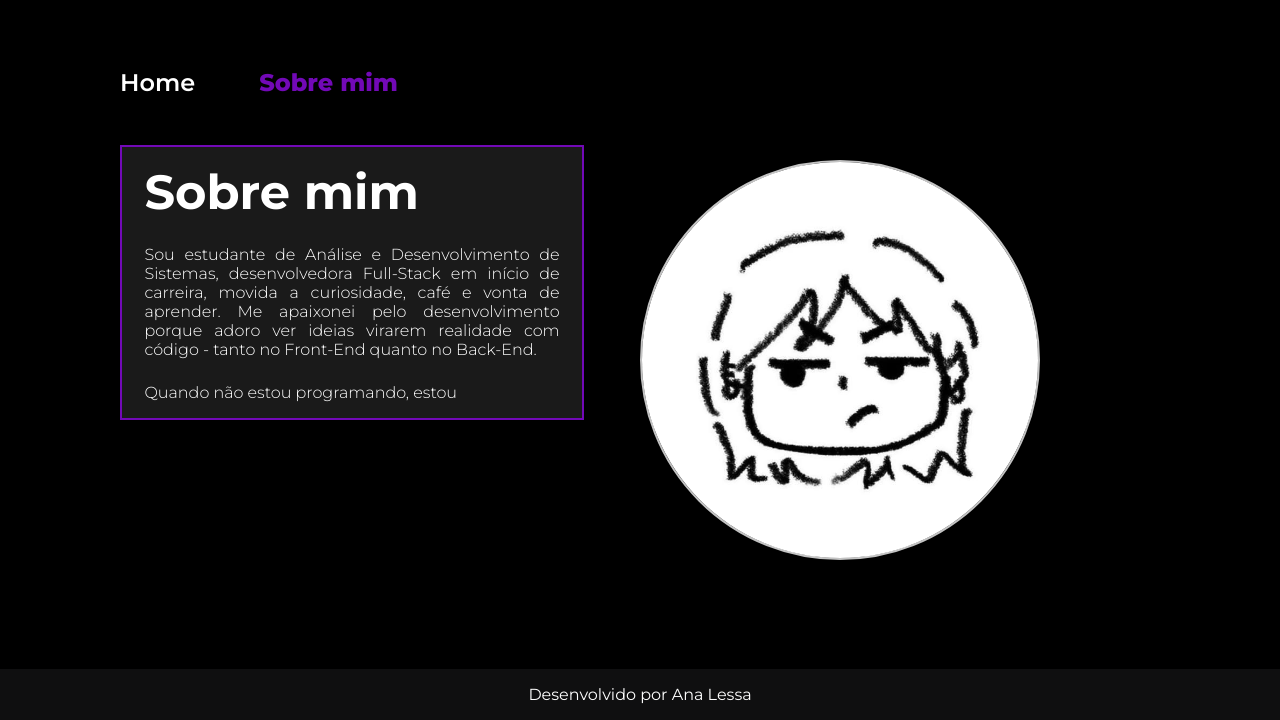
Repository: analessp/portfolio-developer
Page: about-me.html
These files come from the project's save history. The page is drawn as it stood at one moment and after the next save; the edit follows.
The browser window is 1280 px wide. The pictures show the whole page.

Above is the page before, as saved 2025-04-25 09:41:24.

### about-me.html
<!DOCTYPE html>
<html lang="pt-BR">
<head>
    <meta charset="UTF-8">
    <meta name="viewport" content="width=device-width, initial-scale=1.0">
    <title>Sobre mim</title>
    <link rel="stylesheet" href="/style/style.css"
</head>
<body>
    <header>
        <nav>
            <ul class="navbar-list">
                <li>
                    <a href="index.html" class="page">Home</a>
                </li>
                <li>
                    <a href="about-me.html" class="page active">Sobre mim</a>
                </li>
            </ul>
        </nav>
    </header>
    <main>
        <div class="about-me">
            <h1>Sobre mim</h1>
            <p>Sou estudante de Análise e Desenvolvimento de Sistemas, desenvolvedora Full-Stack em início de carreira, movida a curiosidade, café e vonta de aprender. Me apaixonei pelo desenvolvimento porque adoro ver ideias virarem realidade com código - tanto no Front-End quanto no Back-End.</p>
            <p>Quando não estou programando, estou </p>
        </div>
        <img src="/assets/avatar.jfif" alt="Avatar de Ana Lessa" class="logo">
    </main>
    <footer>Desenvolvido por Ana Lessa</footer>
</body>
</html>

### style/style.css
@import url('https://fonts.googleapis.com/css2?family=Montserrat:ital,wght@0,100..900;1,100..900&display=swap');
@import url(/style/about-me.css);

* {
    margin: 0;
    padding: 0;
    box-sizing: border-box;
    font-family: "Montserrat", sans-serif;
}

html, body {
    height: 100%;
    margin: 0;
}

body {
    height: 100vh;
    width: 100%;
    background-color: black;
    color: white;
    display: flex;
    flex-direction: column;
    justify-content: space-between;
}

.navbar-list {
    padding-left: 120px;
    padding-top: 68px;
    display: flex;
    gap: 4rem;
    list-style-type: none;
    color: #7209b7;
    font-weight: 700;
    font-size: 1.5rem;
    margin-bottom: 3rem;
}

.page {
    text-decoration: none;
    color: white;
    font-weight: 600;
}

.active {
    font-weight: 800;
    color: #7209b7;
}

main {
    padding-left: 120px;
    display: flex;
    gap: 10rem;
    align-items: center;
}

.introduce {
    display: flex;
    flex-direction: column;
    gap: 1.5rem;
    width: 40%;
}

.introduce p {
    text-align: justify;
}

.title {
    text-align: center;
}

.title h1 {
    font-size: 3rem;
}

.title h2 {
    font-size: 1.5rem;
    color: #7209b7;
}

.social-links {
    list-style-type: none;
    display: flex;
    flex-direction: column;
    gap: 1.5rem;
    align-items: center;
}

.social-links li {
    border: 2px solid #c3c3c3;
    background-color: rgba(128, 128, 128, 0.454);
    padding: 1rem 0 1rem 0;
    width: 70%;
    text-align: center;
    border-radius: 12px;

&:hover {
    border: 2px solid rgba(97, 97, 97, 0.454);
    background-color: #7209b7;
    transition-duration: 400ms;
    transform: scale(1.1);
  }
}

.social-links a {
    text-decoration: none;
    color: white;
    font-weight: bold;
}

.logo {
    width: 25rem;
    border-radius: 50%;
    border: 2px solid #c3c3c3;
    height: fit-content;
    position: fixed;
    right: 15rem;
    top: 10rem;
}

footer {
    margin-top: auto;
    padding: 1rem 0 1rem 0;
    background-color: rgb(15, 15, 16);
    display: flex;
    flex-direction: column;
    align-items: center;
    gap: 1rem;
    flex-shrink: 0;
}

footer ul {
    display: flex;
    gap: 2rem;
    list-style: none;
    margin-bottom: 1rem;
}

footer a {
    text-decoration: none;
    color: white;
    font-weight: 600;
}

@media only screen and (max-width: 768px) {

    body {
        justify-content: center;
    }

    .navbar-list {
        justify-content: center;
        padding-left: 0;
        padding-top: 40px;
        margin-bottom: 0;
    }

    main {
        height: 100vh;
        margin-top: 0;
        flex-direction: column-reverse;
        padding-left: 0;
        gap: 1rem;
    }

    .introduce {
        justify-content: flex-end;
        width: 80%;
        margin-bottom: 8rem;
    }

    .logo {
        top: 6.5rem;
        width: 18rem;
    }

}

@media only screen and (max-width: 426px) {
    .logo {
        right: 16%;
    }

    .introduce {
        margin-bottom: 3rem;
    }

    .title h1 {
        font-size: 2.5rem;
        margin-bottom: 0.5rem;
    }
}

### style/about-me.css
.about-me {
    background-color: rgba(255, 255, 255, 0.1);
    display: flex;
    flex-direction: column;
    gap: 1.5rem;
    width: 40%;
    text-align: justify;
    padding: 1rem 1.4rem;
    border: 2px solid #7209b7;
}

.about-me h1 {
    font-size: 3rem;
}

.about-me p {
    font-weight: 300;
}

@media only screen and (max-width: 768px) {
    .about-me {
        width: 70%;
        height: 400px;
        overflow: auto;
        margin-bottom: 8rem;
    }

    .about-me h1 {
        text-align: center;
    }

    .about-me p {
        font-size: 1.2rem;
    }

}

@media only screen and (max-width: 426px) {
    .about-me h1 {
        font-size: 2.5rem;
    }
}

After the next save:
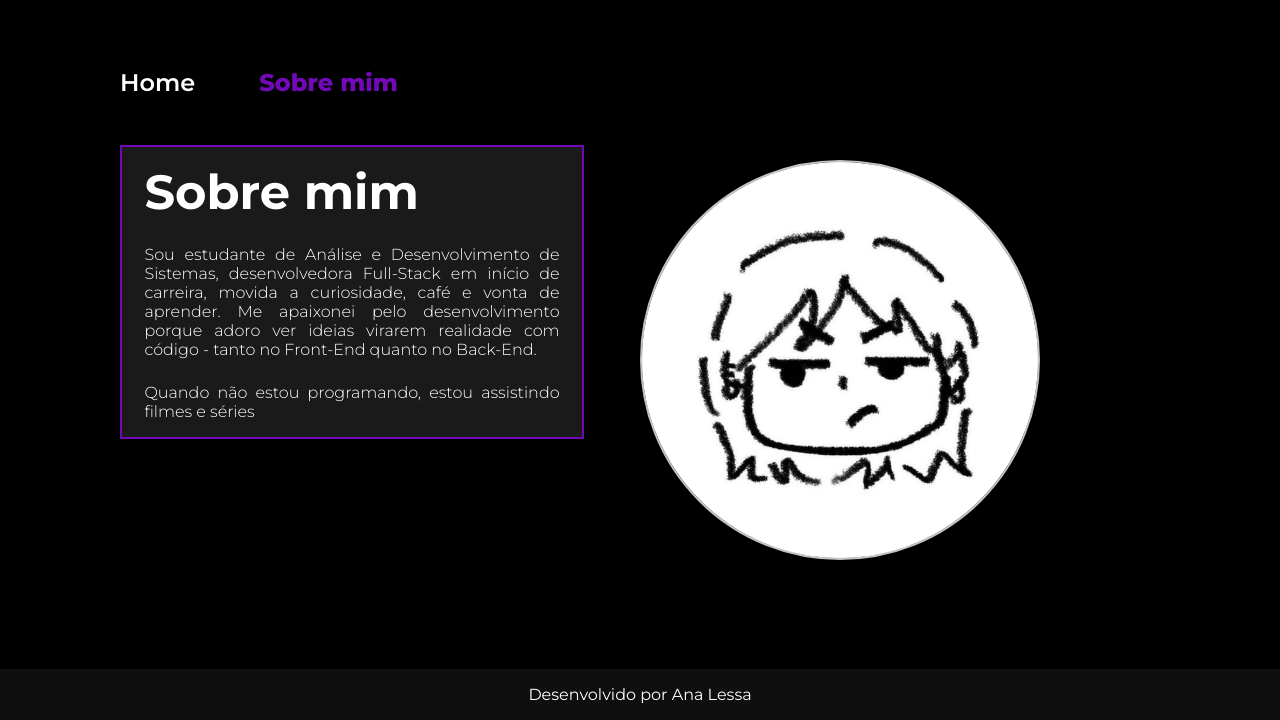
Saved 20 s later.
--- a/about-me.html
+++ b/about-me.html
@@ -23,7 +23,7 @@
         <div class="about-me">
             <h1>Sobre mim</h1>
             <p>Sou estudante de Análise e Desenvolvimento de Sistemas, desenvolvedora Full-Stack em início de carreira, movida a curiosidade, café e vonta de aprender. Me apaixonei pelo desenvolvimento porque adoro ver ideias virarem realidade com código - tanto no Front-End quanto no Back-End.</p>
-            <p>Quando não estou programando, estou </p>
+            <p>Quando não estou programando, estou assistindo filmes e séries</p>
         </div>
         <img src="/assets/avatar.jfif" alt="Avatar de Ana Lessa" class="logo">
     </main>
